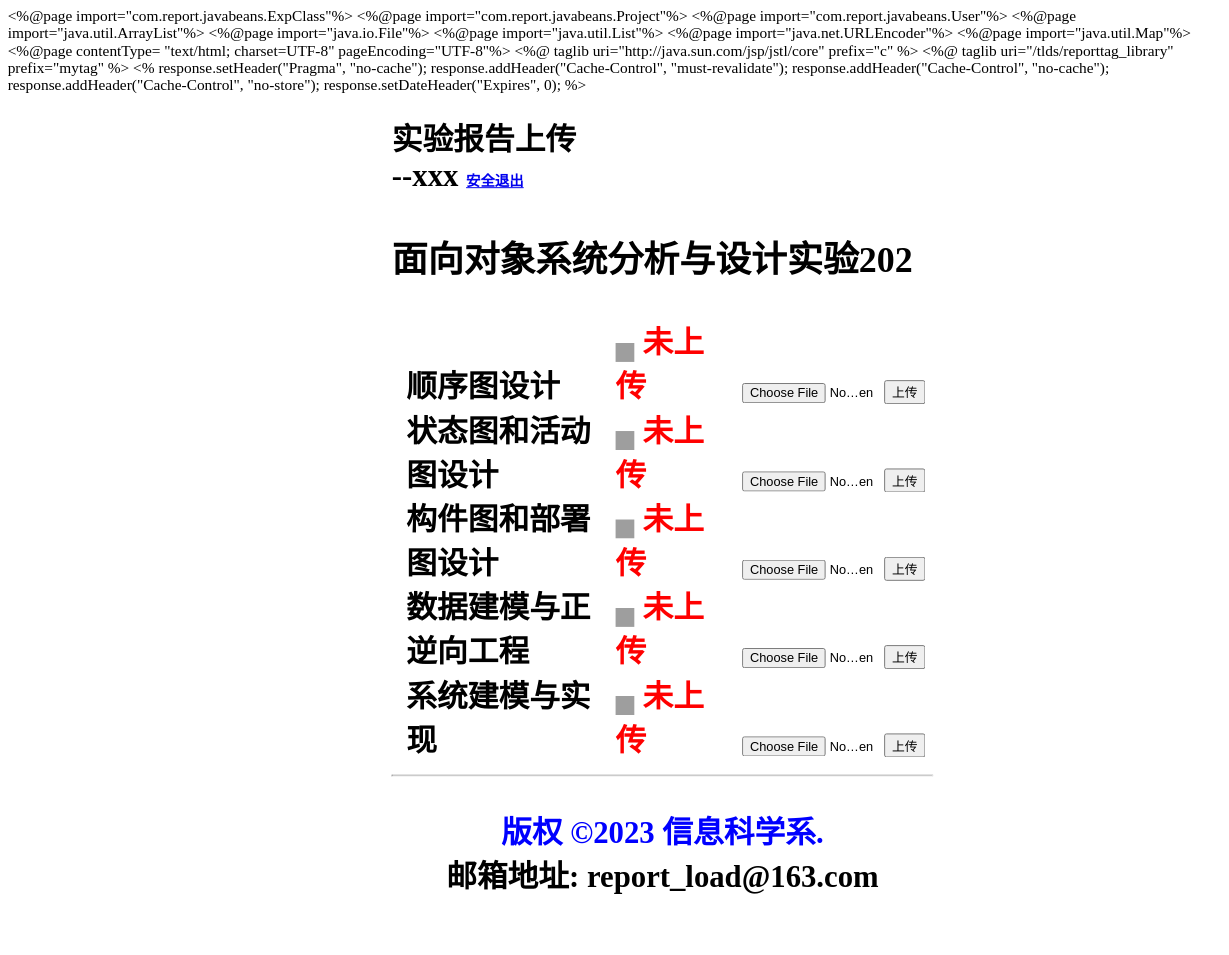
Repository: IAmJiangWenHao/ReportServer
Page: web/demo.html
An editor plug-in stored every save of this project. The page is shown before and after the next save, followed by the edit.
The browser window is 1280 px wide. The pictures show the whole page, at 96% of full size.
Pictures or frames that could not be fetched are drawn as grey boxes.

Above is the page before, as saved 2023-05-19 18:40:57.
Console error: SyntaxError: Invalid or unexpected token

After the next save:
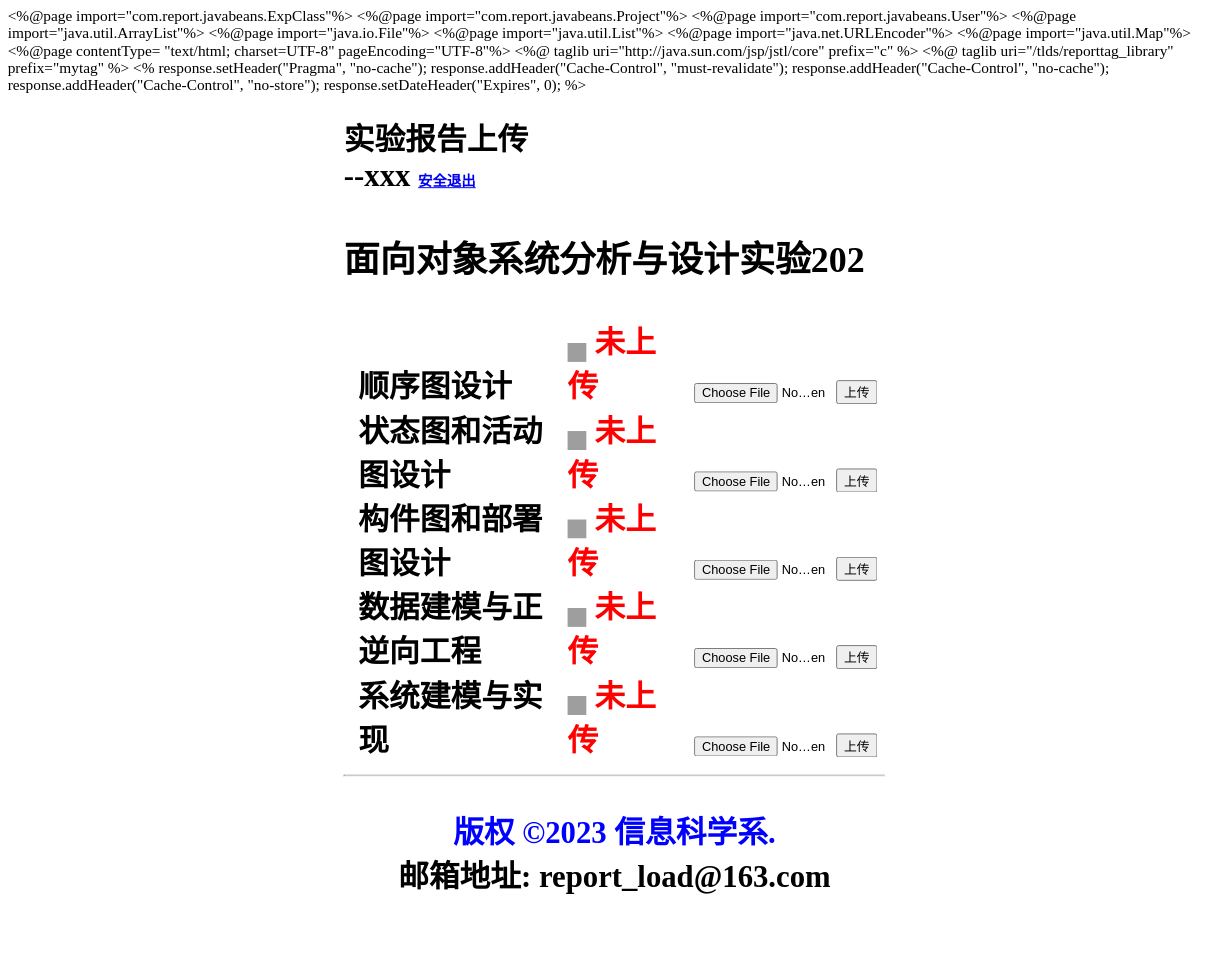
Saved 24 s later.
--- a/web/demo.html
+++ b/web/demo.html
@@ -26,7 +26,7 @@
   </head>
   <body>
     <div style="display: flex; flex-direction:column;align-items: center;">
-      <h1 style="padding-left:100px;display:inline-block"><div color="black">实验报告上传</div>
+      <h1 style="display:inline-block"><div color="black">实验报告上传</div>
       <div style="display:inline-block">--xxx</div>
       <div style="display:inline-block">
         <font style="font-size:15px;color:black">
